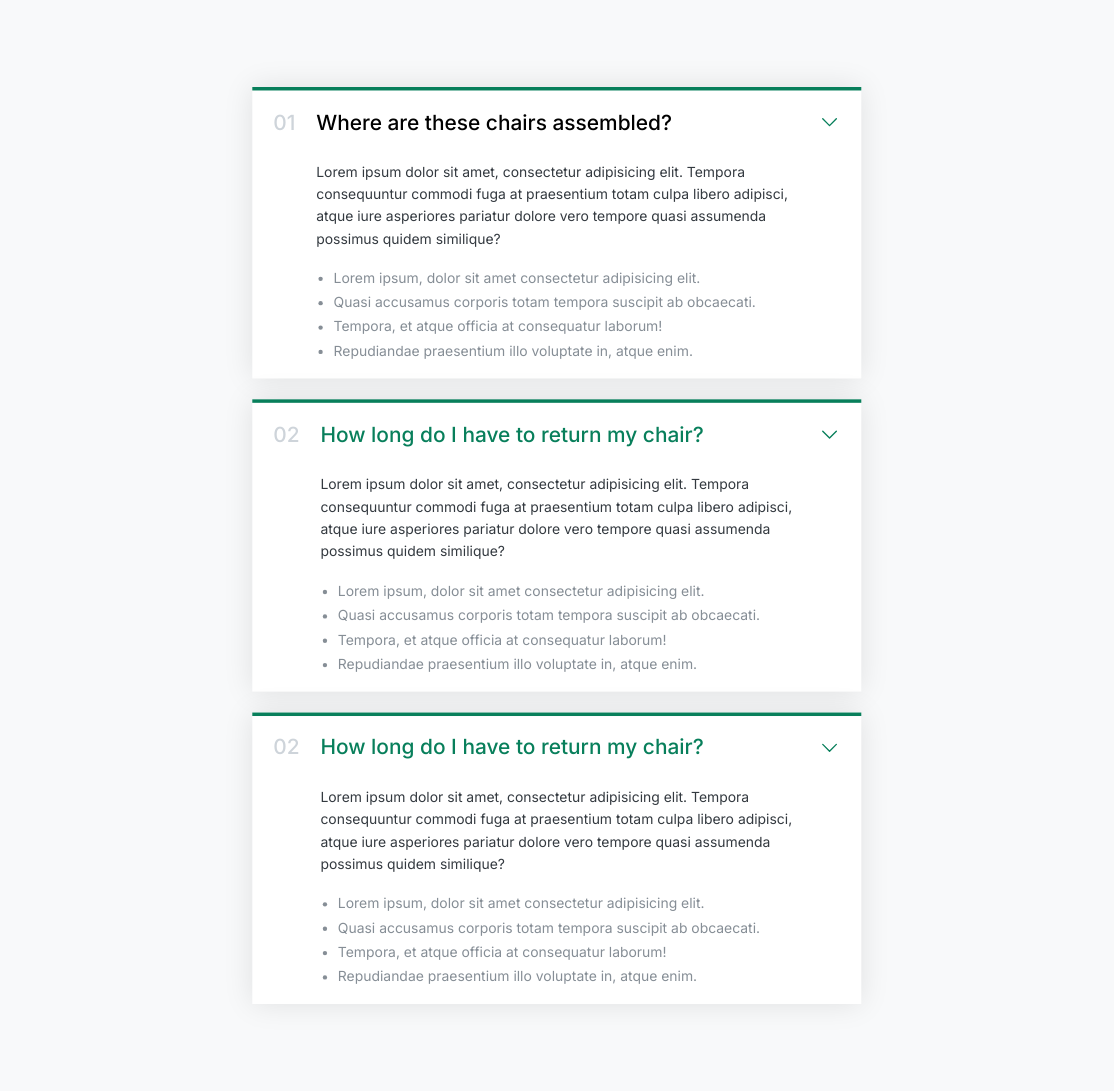
Repository: Ahmed123rezk123/06-Components
Page: accordion.html
The author's editor kept a copy of each file at every save. The page is drawn from the files as they stood at one save, then again after the next save.
The browser window is 1280 px wide. The pictures show the whole page, at 87% of full size.

Above is the page before, as saved 2024-09-16 03:18:20.

After the next save:
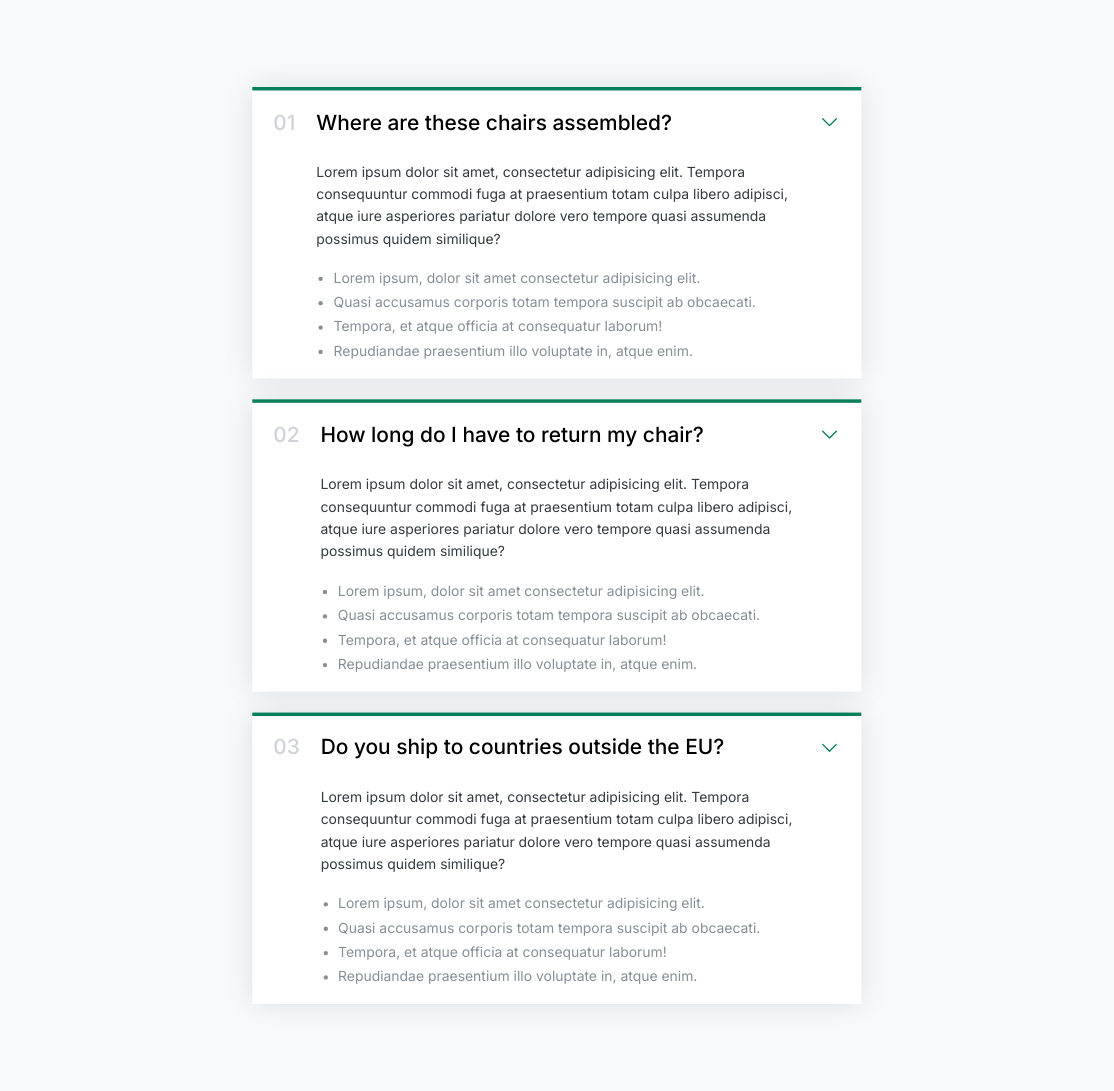
Saved 62 s later.
--- a/accordion.html
+++ b/accordion.html
@@ -16,6 +16,40 @@
       <div class="item">
         <p class="number">01</p>
         <p class="text">Where are these chairs assembled?</p>
+        <svg
+          xmlns="http://www.w3.org/2000/svg"
+          fill="none"
+          viewBox="0 0 24 24"
+          stroke-width="1.5"
+          stroke="currentColor"
+          class="icon"
+        >
+          <path
+            stroke-linecap="round"
+            stroke-linejoin="round"
+            d="m19.5 8.25-7.5 7.5-7.5-7.5"
+          />
+        </svg>
+        <div class="hidden-box">
+          <p>
+            Lorem ipsum dolor sit amet, consectetur adipisicing elit. Tempora
+            consequuntur commodi fuga at praesentium totam culpa libero
+            adipisci, atque iure asperiores pariatur dolore vero tempore quasi
+            assumenda possimus quidem similique?
+          </p>
+          <ul>
+            <li>Lorem ipsum, dolor sit amet consectetur adipisicing elit.</li>
+            <li>
+              Quasi accusamus corporis totam tempora suscipit ab obcaecati.
+            </li>
+            <li>Tempora, et atque officia at consequatur laborum!</li>
+            <li>Repudiandae praesentium illo voluptate in, atque enim.</li>
+          </ul>
+        </div>
+      </div>
+      <div class="item">
+        <p class="number">02</p>
+        <p class="text">How long do I have to return my chair?</p>
         <svg
           xmlns="http://www.w3.org/2000/svg"
           fill="none"
@@ -48,49 +82,15 @@
         </div>
       </div>
       <div class="item">
-        <p class="number">02</p>
-        <p class="text text2">How long do I have to return my chair?</p>
+        <p class="number">03</p>
+        <p class="text">Do you ship to countries outside the EU?</p>
         <svg
           xmlns="http://www.w3.org/2000/svg"
           fill="none"
           viewBox="0 0 24 24"
           stroke-width="1.5"
           stroke="currentColor"
-          class="icon icon2"
-        >
-          <path
-            stroke-linecap="round"
-            stroke-linejoin="round"
-            d="m19.5 8.25-7.5 7.5-7.5-7.5"
-          />
-        </svg>
-        <div class="hidden-box">
-          <p>
-            Lorem ipsum dolor sit amet, consectetur adipisicing elit. Tempora
-            consequuntur commodi fuga at praesentium totam culpa libero
-            adipisci, atque iure asperiores pariatur dolore vero tempore quasi
-            assumenda possimus quidem similique?
-          </p>
-          <ul>
-            <li>Lorem ipsum, dolor sit amet consectetur adipisicing elit.</li>
-            <li>
-              Quasi accusamus corporis totam tempora suscipit ab obcaecati.
-            </li>
-            <li>Tempora, et atque officia at consequatur laborum!</li>
-            <li>Repudiandae praesentium illo voluptate in, atque enim.</li>
-          </ul>
-        </div>
-      </div>
-      <div class="item">
-        <p class="number">02</p>
-        <p class="text text2">How long do I have to return my chair?</p>
-        <svg
-          xmlns="http://www.w3.org/2000/svg"
-          fill="none"
-          viewBox="0 0 24 24"
-          stroke-width="1.5"
-          stroke="currentColor"
-          class="icon icon2"
+          class="icon"
         >
           <path
             stroke-linecap="round"
